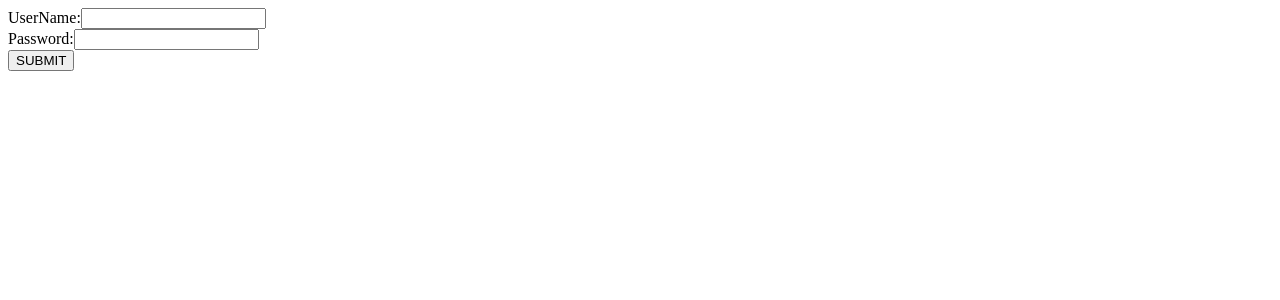
Repository: Abhishek1923/JAVA
Page: Java Concepts/JEE/Test02/WebContent/login.html
These files come from the project's save history. The page is drawn as it stood at one moment and after the next save; the edit follows.
The browser window is 1280 px wide. The pictures show the whole page.

Above is the page before, as saved 2020-02-27 11:14:53.

### Java Concepts/JEE/Test02/WebContent/login.html
<form action="test01">
	UserName:<input type="text" name="username"/><br>
	Password:<input type="text" name="password"/><br>
	<input type="submit" value="SUBMIT"/>
</form>

After the next save:
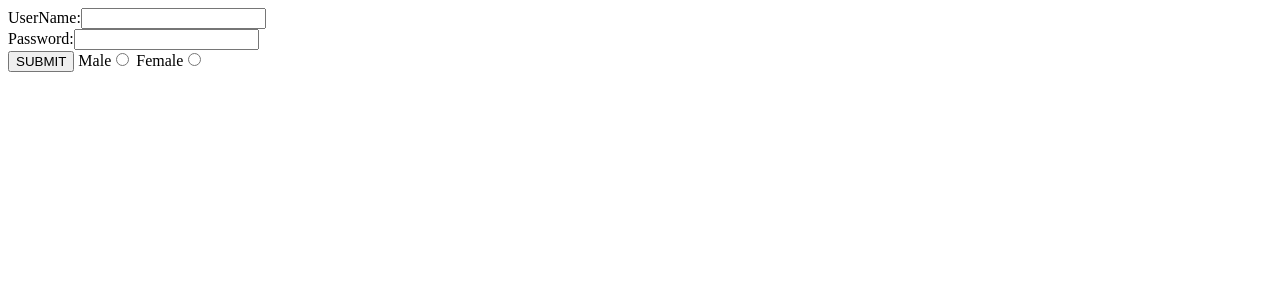
Saved 21 h 29 min later.
--- a/Java Concepts/JEE/Test02/WebContent/login.html
+++ b/Java Concepts/JEE/Test02/WebContent/login.html
@@ -2,4 +2,7 @@
 	UserName:<input type="text" name="username"/><br>
 	Password:<input type="text" name="password"/><br>
 	<input type="submit" value="SUBMIT"/>
+	Male<input type="radio" name="gender" value="male">
+	Female<input type="radio" name="gender" value="female">
+
 </form>
